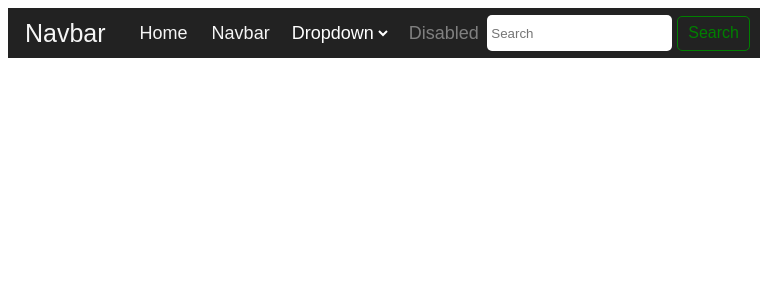
Repository: CryptoFamilyNFT/develhope
Page: css/navbar/navbar.html
The author's editor kept a copy of each file at every save. The page is drawn from the files as they stood at one save, then again after the next save.
The browser window is 768 px wide. The pictures show the whole page.

Above is the page before, as saved 2024-11-18 10:21:09.

### css/navbar/navbar.html
<!DOCTYPE html>
<html lang="en">

<head>
    <meta charset="UTF-8">
    <meta name="viewport" content="width=device-width, initial-scale=1.0">
    <title>Esercizio Navbar</title>
    <link rel="stylesheet" href="navbar.css">
</head>

<body>
    <header>
        <nav>
            <div class="GridBar">
                <div class="LogoText">
                    <button class="LogoButton">
                        Navbar
                    </button>
                </div>
                <div class="BarSideLeft">
                    <ul>
                        <li>
                            <button class="NavButton">
                                Home
                            </button>
                        </li>
                        <li>
                            <button class="NavButton">
                                Navbar
                            </button>
                        </li>
                        <li>
                            <select>
                                <option value="Dropdown">
                                    <div class="text">Dropdown</div>
                                </option>
                                <hr />
                                <option value="FAQ">FAQ</option>
                                <option value="T&C">T&C</option>
                            </select>
                        </li>
                        <li>
                            <button disabled class="NavButtonDisabled">
                                Disabled
                            </button>
                        </li>
                    </ul>
                </div>
                <div class="RightSideBar">
                    <input placeholder="Search">
                    <button class="buttonSearch">
                        Search
                    </button>
                </div>
            </div>
        </nav>
    </header>
    <main>
        <!-- Contento main -->
    </main>
    <footer>
        <!-- Contento footer -->
    </footer>
</body>

</html>

### css/navbar/navbar.css
nav {
    background-color: #222;
    display: flex;
    flex-direction: row;
    height: 50px;
    width: 100%;
}

ul {
    list-style-type: none;
    display: flex;
    flex-direction: row;
    padding-inline-start: 10px;
    gap: 10px;
}

.BarSideLeft {
    padding-left: 10px;
}

select {
    background-color: transparent;
    font-size: 18px;
    font-size: large;
    color: white;
    border-color: transparent;
}

select:hover {
    background-color: rgb(239, 234, 234);
    color: black;
    border-radius: 2px;
}

li {
    height: auto;
}

input {
    height: 60%;
    border: 2px solid transparent;
    border-radius: 5px;
    min-width: 50%;
    @media (max-width: 780px) {
        width: auto;
    }
}

.buttonSearch {
    padding: 5px 10px;
    height: 70%;
    background-color: transparent;
    border: 1px solid green;
    font-size: medium;
    border-radius: 5px;
    color: green
}

.GridBar {
    display: flex;
    flex-direction: row;
    grid-row: 1;
    align-items: center;
    width: 100%;
    height: 100%;
}

.RightSideBar {
    width: 100%;
    height: 100%;
    display: flex;
    flex-direction: row;
    justify-content: flex-end;
    padding-right: 10px;
    align-items: center;
    gap: 5px;
}

.LogoText {
    padding-inline-start: 10px;
}

.NavButton {
    height: auto;
    background-color: transparent;
    border: 1px solid transparent;
    font-size: large;
    color: whitesmoke;
}

.NavButton:hover {
    background-color: rgb(239, 234, 234);
    color: black;
    border-radius: 2px;
}

.LogoButton {
    height: auto;
    background-color: transparent;
    border: 1px solid transparent;
    font-size: 25px;
    color: whitesmoke;
}

.LogoButton:hover {
    background-color: rgb(239, 234, 234);
    color: black;
    border-radius: 2px;
}

.NavButtonDisabled {
    height: auto;
    background-color: transparent;
    border: 1px solid transparent;
    font-size: large;
    color: gray;
}

After the next save:
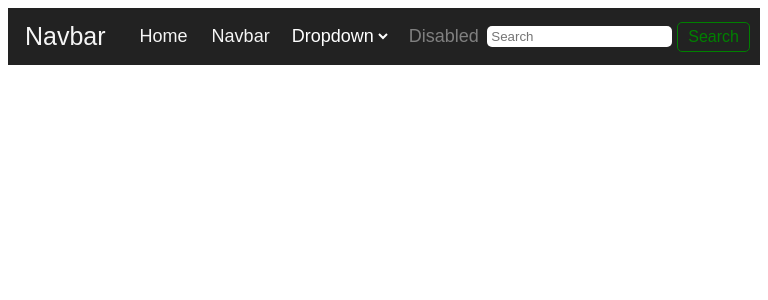
Saved 97 s later.
--- a/css/navbar/navbar.css
+++ b/css/navbar/navbar.css
@@ -4,6 +4,10 @@ nav {
     flex-direction: row;
     height: 50px;
     width: 100%;
+    @media (max-width: 780px) {
+        flex-direction: column;
+        height: auto;
+    }
 }
 
 ul {
